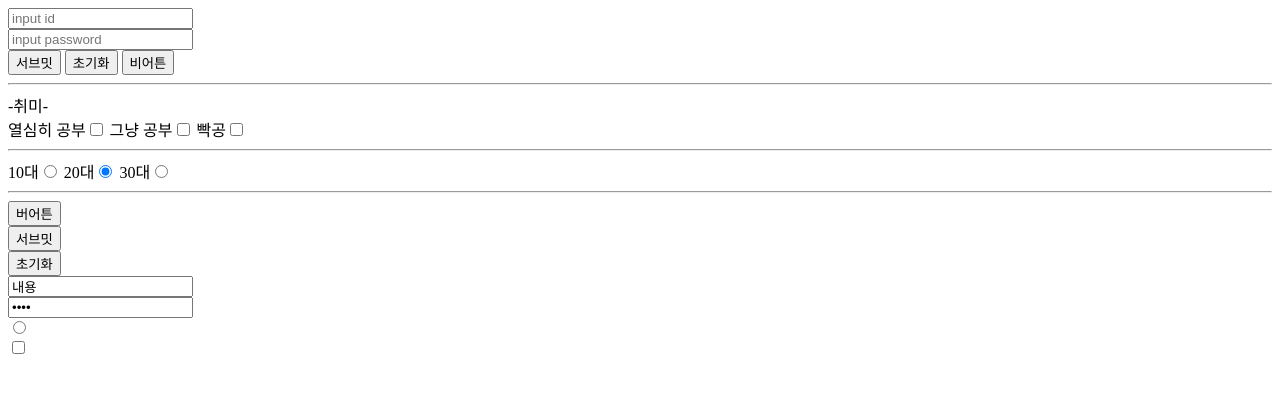
Repository: jwlee0714/HTML
Page: html/day02.html
An editor plug-in stored every save of this project. The page is shown before and after the next save, followed by the edit.
The browser window is 1280 px wide. The pictures show the whole page.

Above is the page before, as saved 2021-10-05 07:17:07.

### html/day02.html
<!DOCTYPE html>
<html>
<head>
<meta charset="UTF-8">
<title>Insert title here</title>
</head>
<body>

	<form action="day01.html" method="post">
		<input type="text" name ="id" placeholder="input id"><br>
		<input type="password" name="pwd" placeholder="input password"><br>
		<input type="submit" value="서브밋">
		<input type="reset" value="초기화">
		<input type="button" value="비어튼">
	</form>

<hr>

-취미-<br>
열심히 공부<input type="checkbox">
그냥 공부<input type="checkbox">
빡공<input type="checkbox">

<hr>

10대<input type="radio" name="age">
20대<input type="radio" name="age" checked>
30대<input type="radio" name="age">

<hr>

	<input type="button" value="버어튼"><br>
	<input type="submit" value="서브밋"><br>
	<input type="reset" value="초기화"><br>
	<input type="text" value ="내용"><br>
	<input type="password" value="비밀번호"><br>
	<input type="radio"><br>
	<input type="checkbox"><br>


</body>
</html>

After the next save:
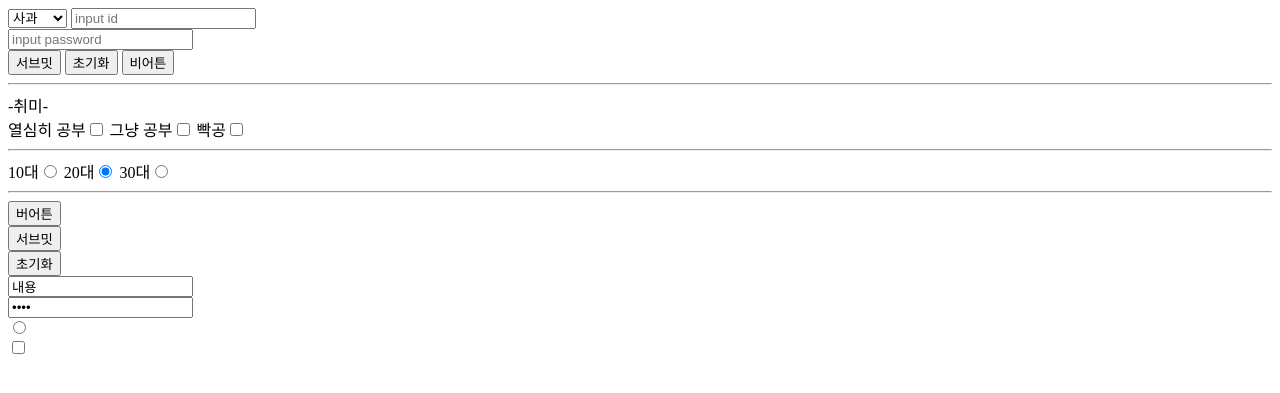
Saved 26 min 18 s later.
--- a/html/day02.html
+++ b/html/day02.html
@@ -7,6 +7,11 @@
 <body>
 
 	<form action="day01.html" method="post">
+		<select name ="select">
+			<option value="p1">사과
+			<option value="p2">바나나
+			<option value="p3">배
+		</select>
 		<input type="text" name ="id" placeholder="input id"><br>
 		<input type="password" name="pwd" placeholder="input password"><br>
 		<input type="submit" value="서브밋">
